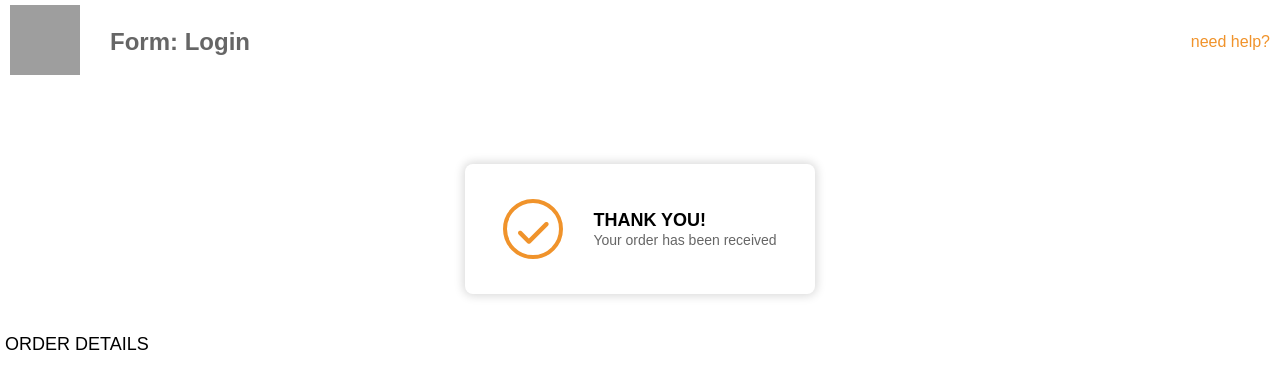
Repository: NguyenDucHung20002/project-homev1
Page: checkout/checkout.html
An editor plug-in stored every save of this project. The page is shown before and after the next save, followed by the edit.
The browser window is 1280 px wide. The pictures show the whole page.
Pictures or frames that could not be fetched are drawn as grey boxes. The style sheet was rebuilt from its Sass, Less or Tailwind sources for each picture, by a compiler version that may differ from the author's.

Above is the page before, as saved 2022-09-20 09:43:17.

After the next save:
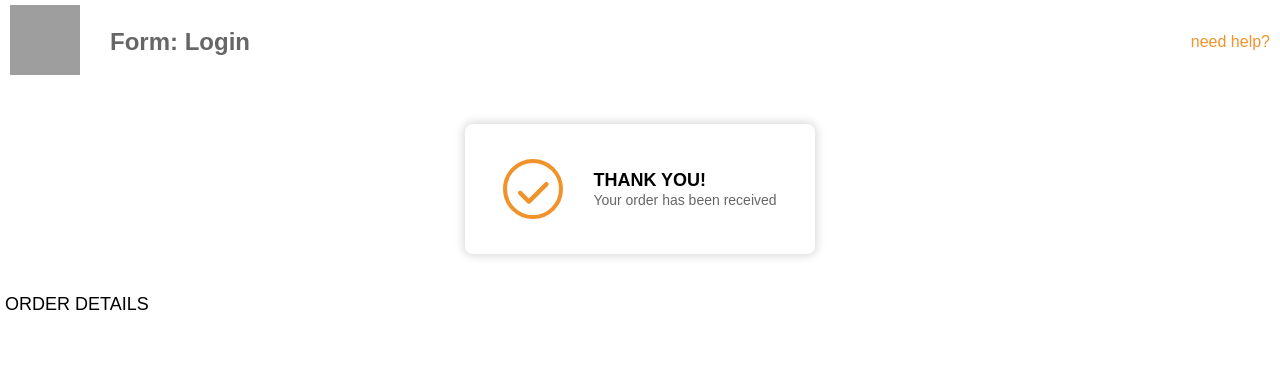
Saved 11 s later.
--- a/checkout/checkout.scss
+++ b/checkout/checkout.scss
@@ -55,7 +55,7 @@ header {
       justify-content: center;
       width: 350px;
       height: 130px;
-      margin: 40px auto;
+      margin: 0 auto 40px;
       border-radius: 8px;
       box-shadow: 0px 0px 10px 2px rgba(0, 0, 0, 0.15);
       i {
